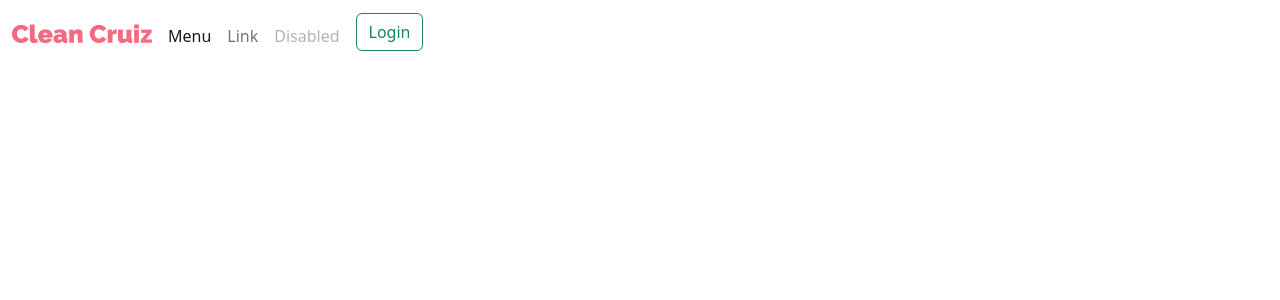
Repository: uy022/QuocUybaitapgiuaki
Page: index.html
The author's editor kept a copy of each file at every save. The page is drawn from the files as they stood at one save, then again after the next save.
The browser window is 1280 px wide. The pictures show the whole page.

Above is the page before, as saved 2022-08-30 18:06:59.

After the next save:
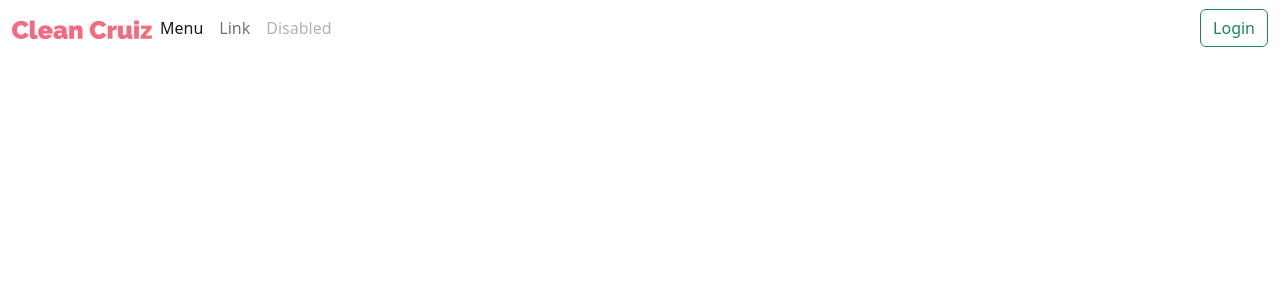
Saved 14 s later.
--- a/index.html
+++ b/index.html
@@ -17,7 +17,7 @@
                     <span class="navbar-toggler-icon"></span>
                   </button>
                   <div class="collapse navbar-collapse" id="navbarSupportedContent">
-                    <ul class="navbar-nav me-auto m-lg-2 mb-2 mb-lg-0">
+                    <ul class="navbar-nav me-auto  mb-lg-0">
                       <li class="nav-item">
                         <a class="nav-link active" aria-current="page" href="#">Menu</a>
                       </li>
